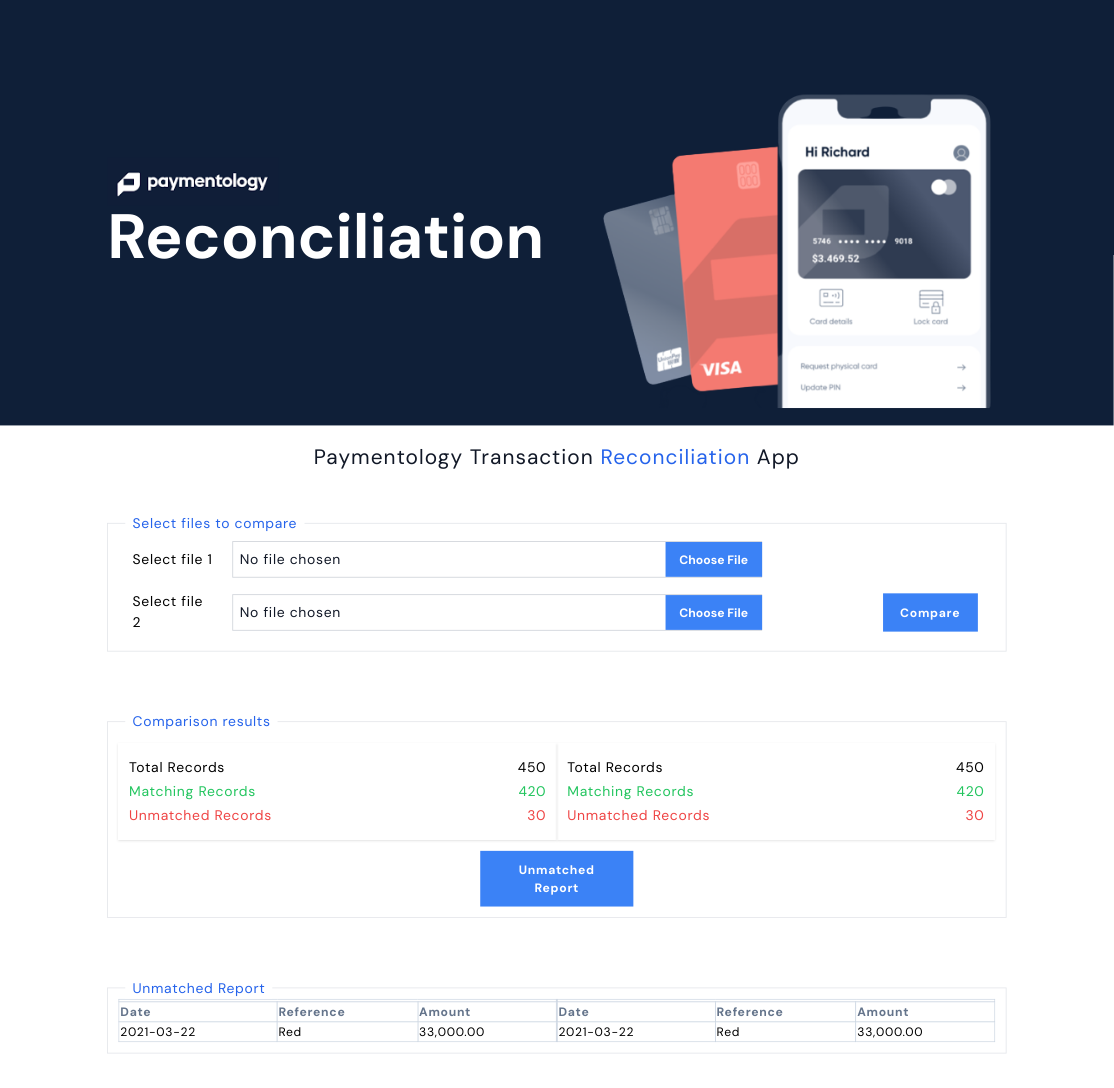
Repository: chionye/paymentology-front
Page: /
An editor plug-in stored every save of this project. The page is shown before and after the next save, followed by the edit.
The browser window is 1280 px wide. The pictures show the whole page, at 87% of full size.
The project was rebuilt for these pictures with package versions that can differ from the ones it lists, and the page was loaded fresh each time.

Above is the page before, as saved 2022-03-20 13:48:52.

After the next save:
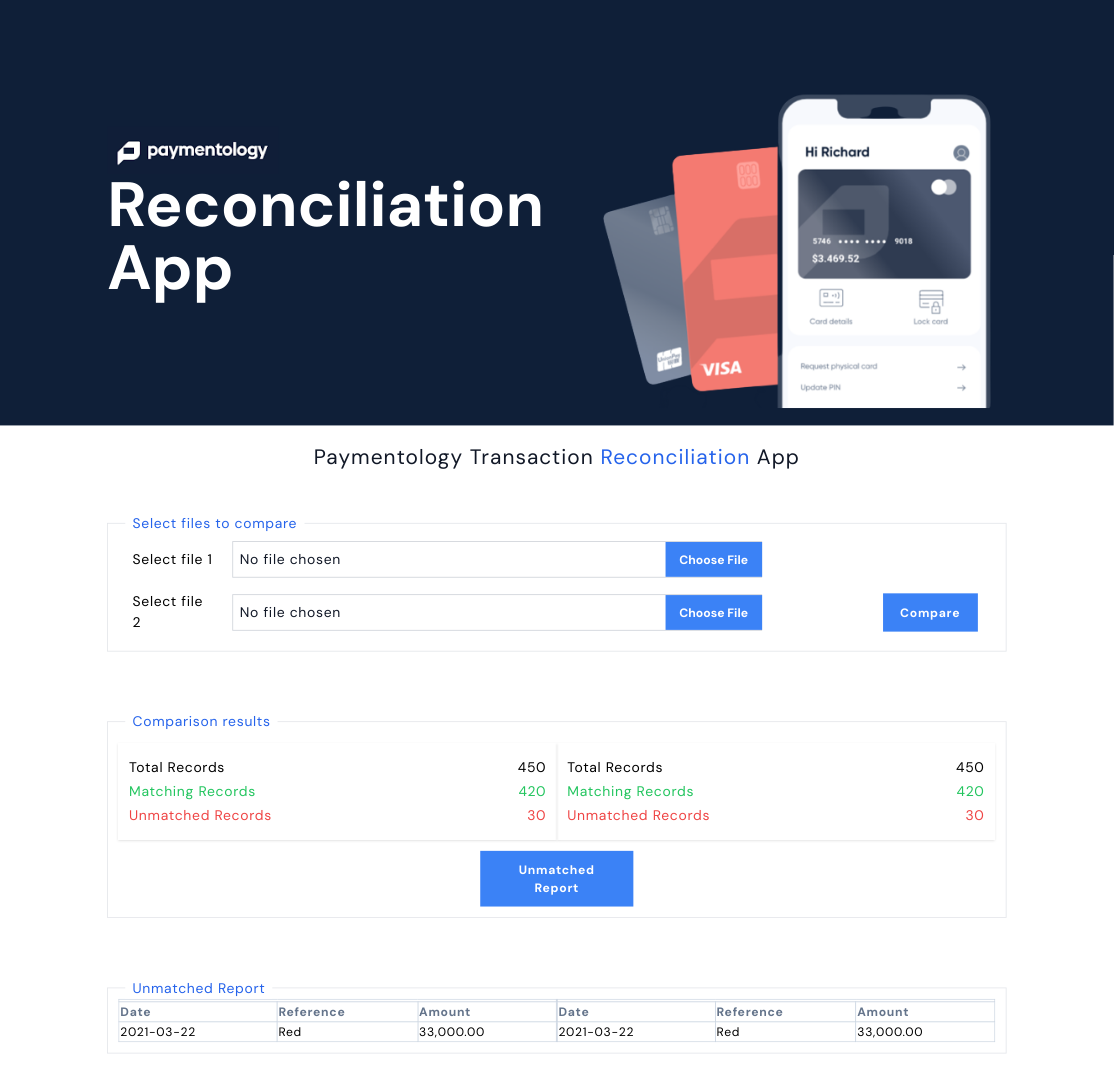
Saved 39 s later.
--- a/src/components/Banner.js
+++ b/src/components/Banner.js
@@ -11,7 +11,7 @@ const Banner = () => {
                 <div className="w-5/6 mx-auto flex flex-col md:flex-row md:justify-between md:items-center">
                     <div className="w-1/2 text-white text-7xl font-bold">
                         <img className="" src={Logo}  alt="Paymentology Logo"/>
-                        <h1>Reconciliation</h1>
+                        <h1>Reconciliation <br/> App</h1>
                     </div>
                     <div className="w-1/2 ">
                         <img src={BannerImg} alt="Banner" />

After the save that followed:
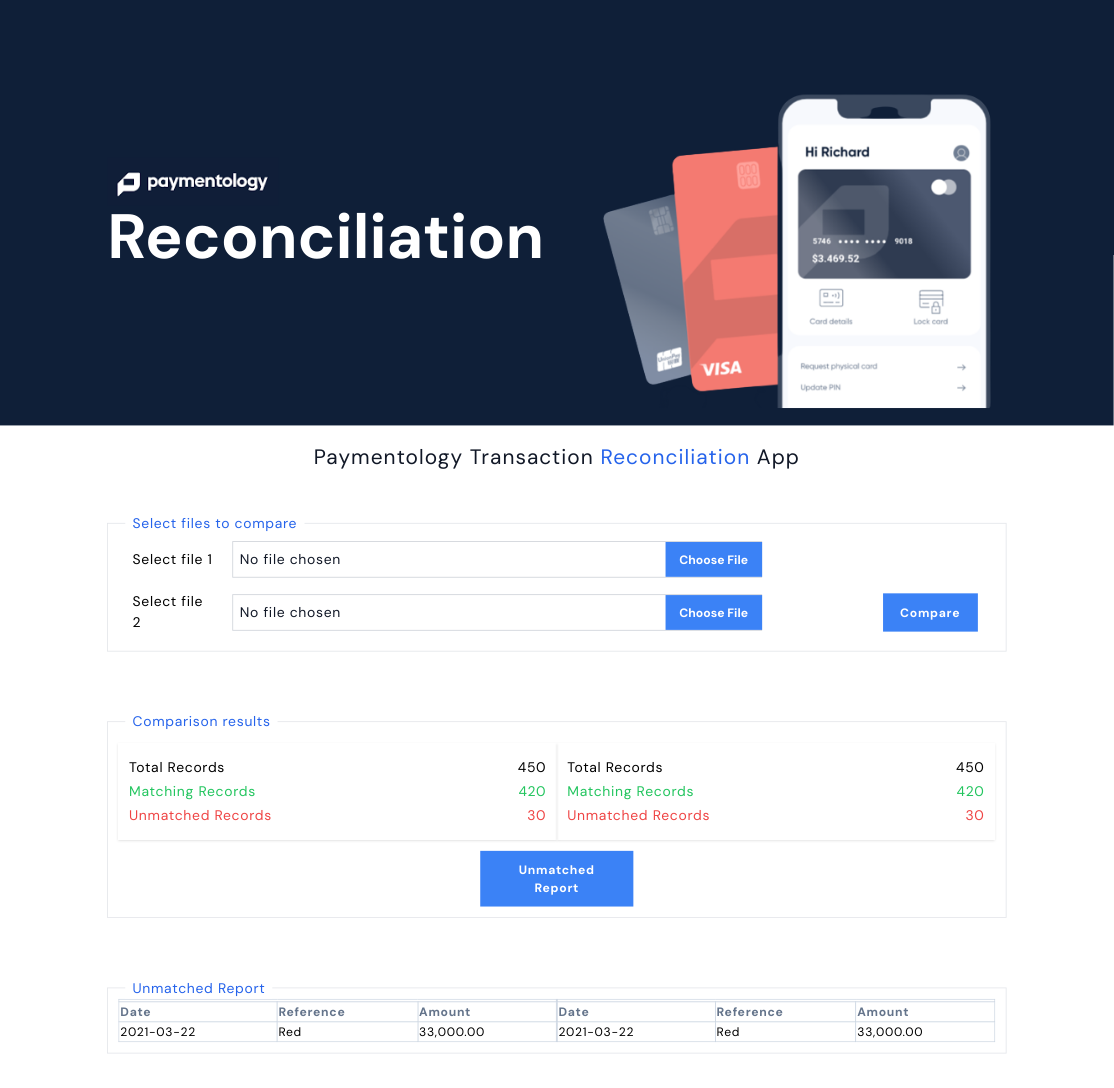
Saved 7 s later.
--- a/src/components/Banner.js
+++ b/src/components/Banner.js
@@ -11,7 +11,7 @@ const Banner = () => {
                 <div className="w-5/6 mx-auto flex flex-col md:flex-row md:justify-between md:items-center">
                     <div className="w-1/2 text-white text-7xl font-bold">
                         <img className="" src={Logo}  alt="Paymentology Logo"/>
-                        <h1>Reconciliation <br/> App</h1>
+                        <h1>Reconciliation </h1>
                     </div>
                     <div className="w-1/2 ">
                         <img src={BannerImg} alt="Banner" />
